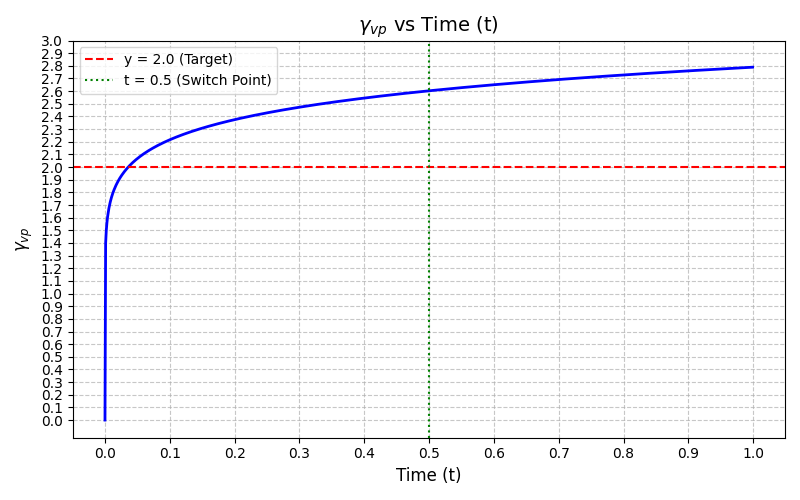
Repository: ajacquey/beaver
Script's output: python examples/viscoelasticity/Lemaitre/Lemaitre_analytical/Lemaitre_analytical.py
These files come from the project's save history. The script's output is drawn as it stood at one moment and after the next save; the edit follows.
Random numbers start from a fixed seed.

Above is the script's output before, as saved 2025-05-28 17:44:37.

After the next save:
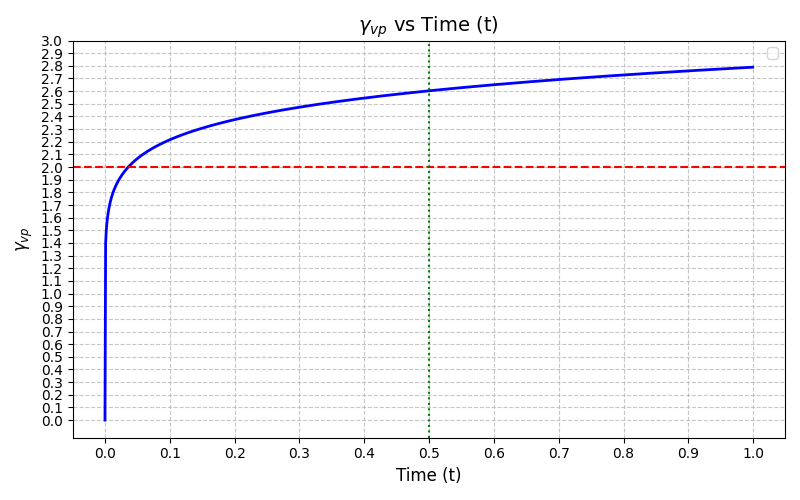
Saved 42 s later.
--- a/examples/viscoelasticity/Lemaitre/Lemaitre_analytical/Lemaitre_analytical.py
+++ b/examples/viscoelasticity/Lemaitre/Lemaitre_analytical/Lemaitre_analytical.py
@@ -29,8 +29,8 @@ wb.save("gamma_vp_results.csv")
 # --- Create Plot ---
 plt.figure(figsize=(8, 5))
 plt.plot(t_values, gamma_vp_values, 'b-', linewidth=2)
-plt.axhline(y=2.0, color='r', linestyle='--', label='y = 2.0 (Target)')
-plt.axvline(x=0.5, color='g', linestyle=':', label='t = 0.5 (Switch Point)')
+plt.axhline(y=2.0, color='r', linestyle='--')
+plt.axvline(x=0.5, color='g', linestyle=':')
 plt.legend()
 plt.title(r'$\gamma_{vp}$ vs Time (t)', fontsize=14)
 plt.xlabel('Time (t)', fontsize=12)
